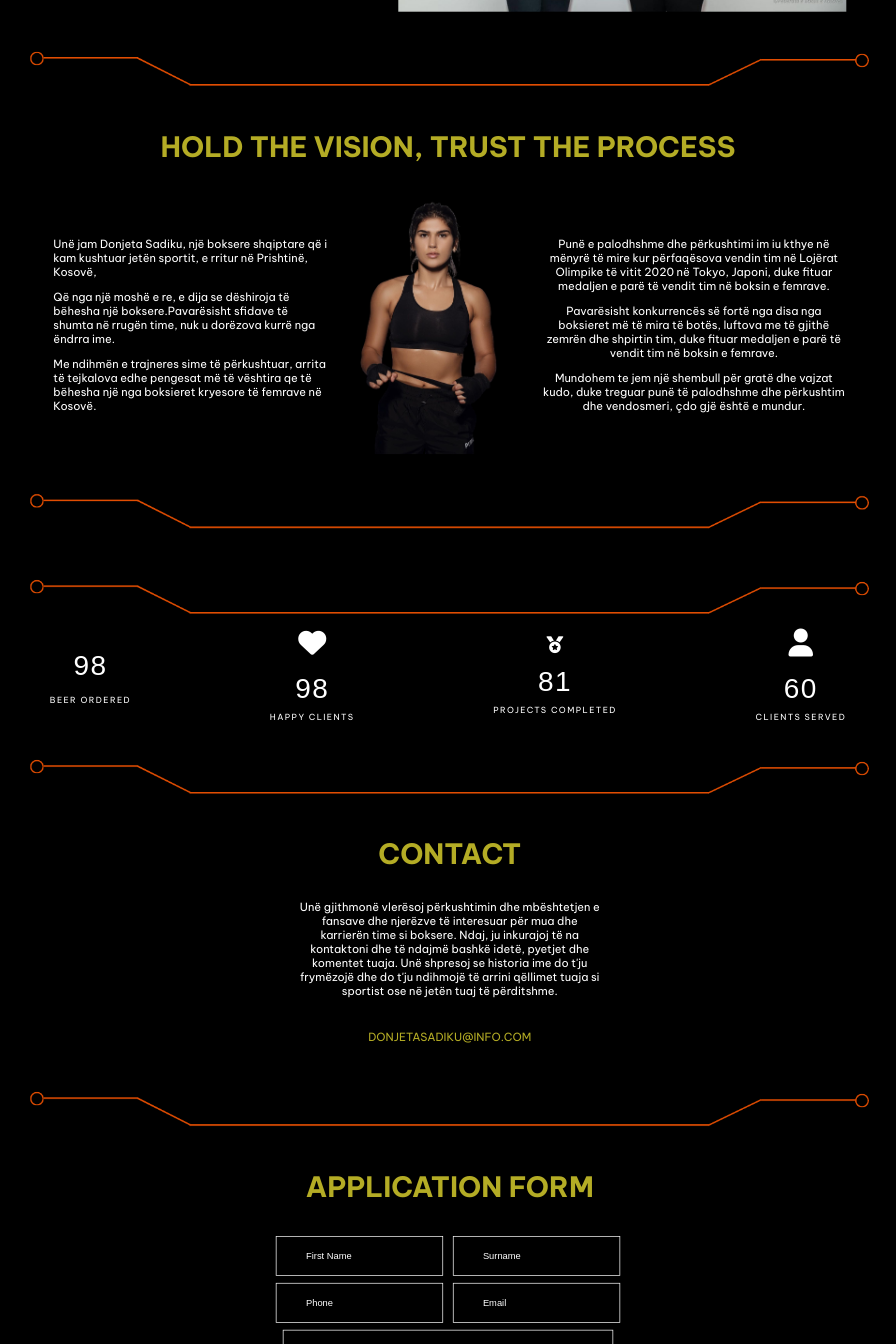
Repository: milot-morina/ds-boxing
Page: DS-Portfolio/index.html
These files come from the project's save history. The page is drawn as it stood at one moment and after the next save; the edit follows.
The browser window is 1280 px wide. The pictures show the part of the page from y = 1944 to 3864 px (the page is 4351 px tall), at 70% of full size.
A picture or video elsewhere on the page could not be fetched, so the positions and the page height are approximate.

Above is the page before, as saved 2023-03-22 08:25:26.

After the next save:
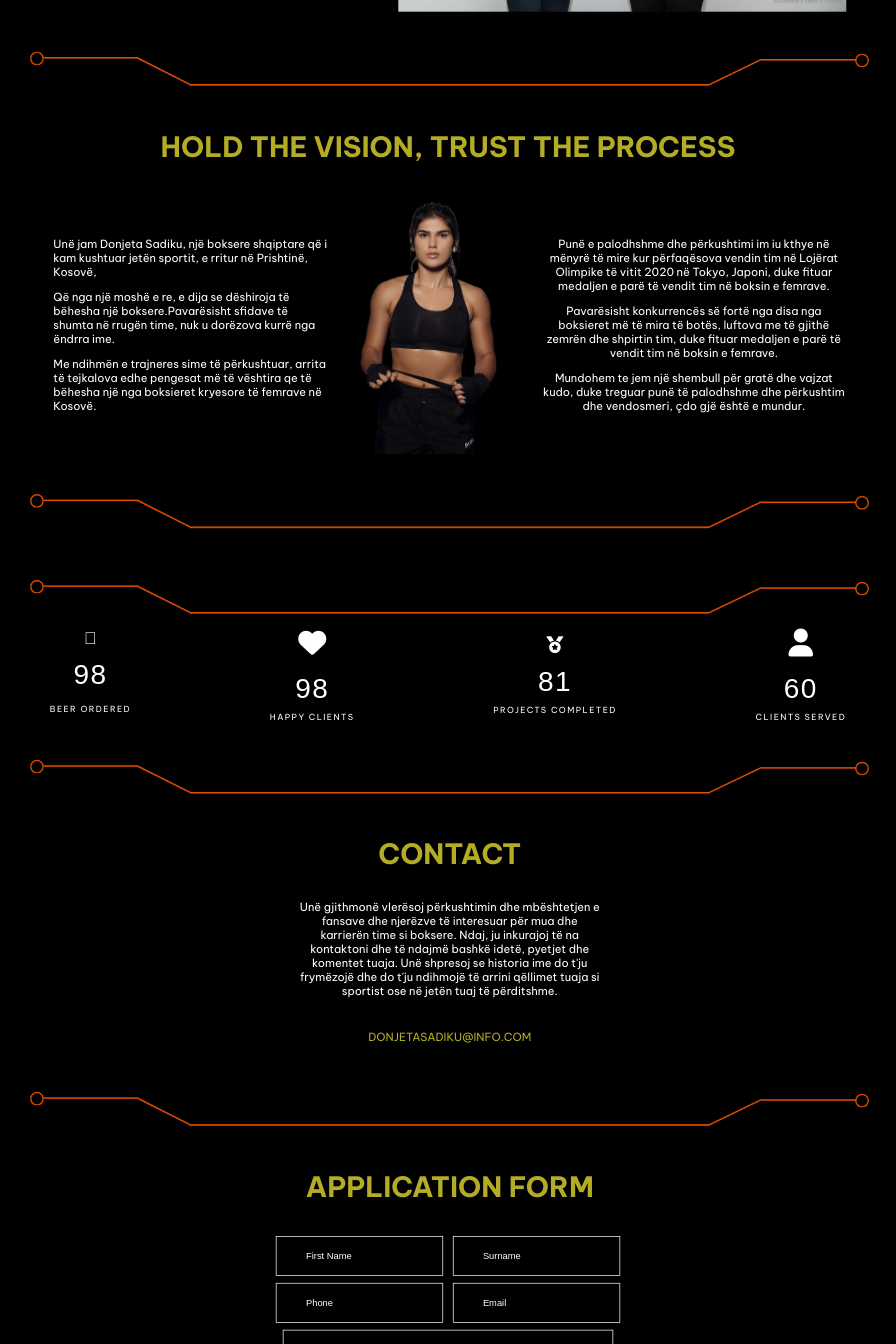
Saved 39 s later.
--- a/DS-Portfolio/index.html
+++ b/DS-Portfolio/index.html
@@ -131,7 +131,7 @@
       <div class="row">
         <!-- counter -->
         <div class="col-md-3 col-sm-6 bottom-margin text-center counter-section wow fadeInUp sm-margin-bottom-ten animated" data-wow-duration="300ms" style="visibility: visible; animation-duration: 300ms; animation-name: fadeInUp;">
-          <i class="fa-solid fa-trophy-star"></i>
+          <i class="fa-thin fa-trophy" style="color: #ffffff;"></i>
           <span id="anim-number-pizza" class="counter-number"></span>
           <span class="timer counter alt-font appear" data-to="98" data-speed="7000">280</span>
           <p class="counter-title">Beer Ordered</p>
